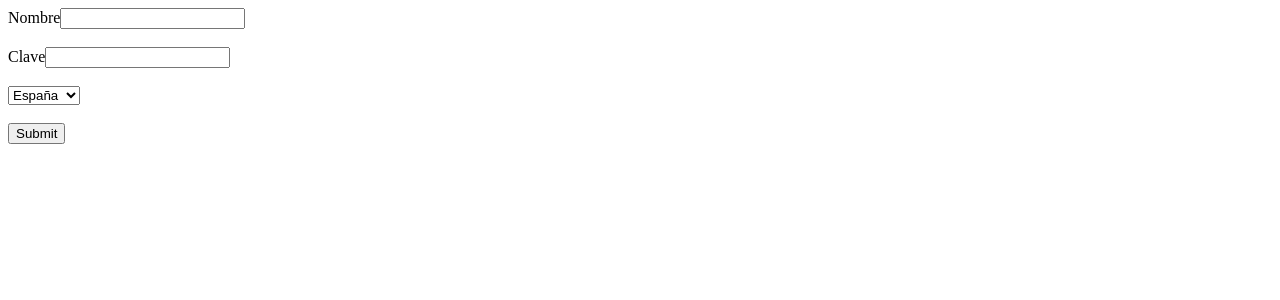
Repository: viorelrosu/spring
Page: http://localhost/Clase/Ej08
These files come from the project's save history. The page is drawn as it stood at one moment and after the next save; the edit follows.
The browser window is 1280 px wide. The pictures show the whole page.
The page is served by Tomcat 9.

Above is the page before, as saved 2021-01-15 08:07:45.

After the next save:
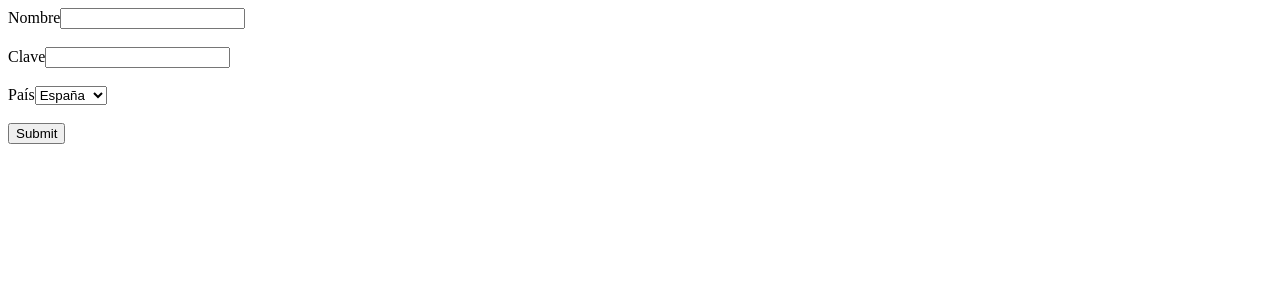
Saved 20 s later.
--- a/Clase/src/t7/ej08/Ej08.java
+++ b/Clase/src/t7/ej08/Ej08.java
@@ -22,7 +22,7 @@ public class Ej08 extends HttpServlet {
 		response.getWriter().println("<form>");
 		response.getWriter().println("Nombre" + "<input type=\"text\" name=\"nombre\" ><br><br>");
 		response.getWriter().println("Clave" + "<input type=\"text\" name=\"clave\" ><br><br>");
-		response.getWriter().println(paises +"<br/><br>");
+		response.getWriter().println("País"+paises +"<br/><br>");
 		response.getWriter().println("<input type=\"submit\">");
 		response.getWriter().println("</form>");
 	}
